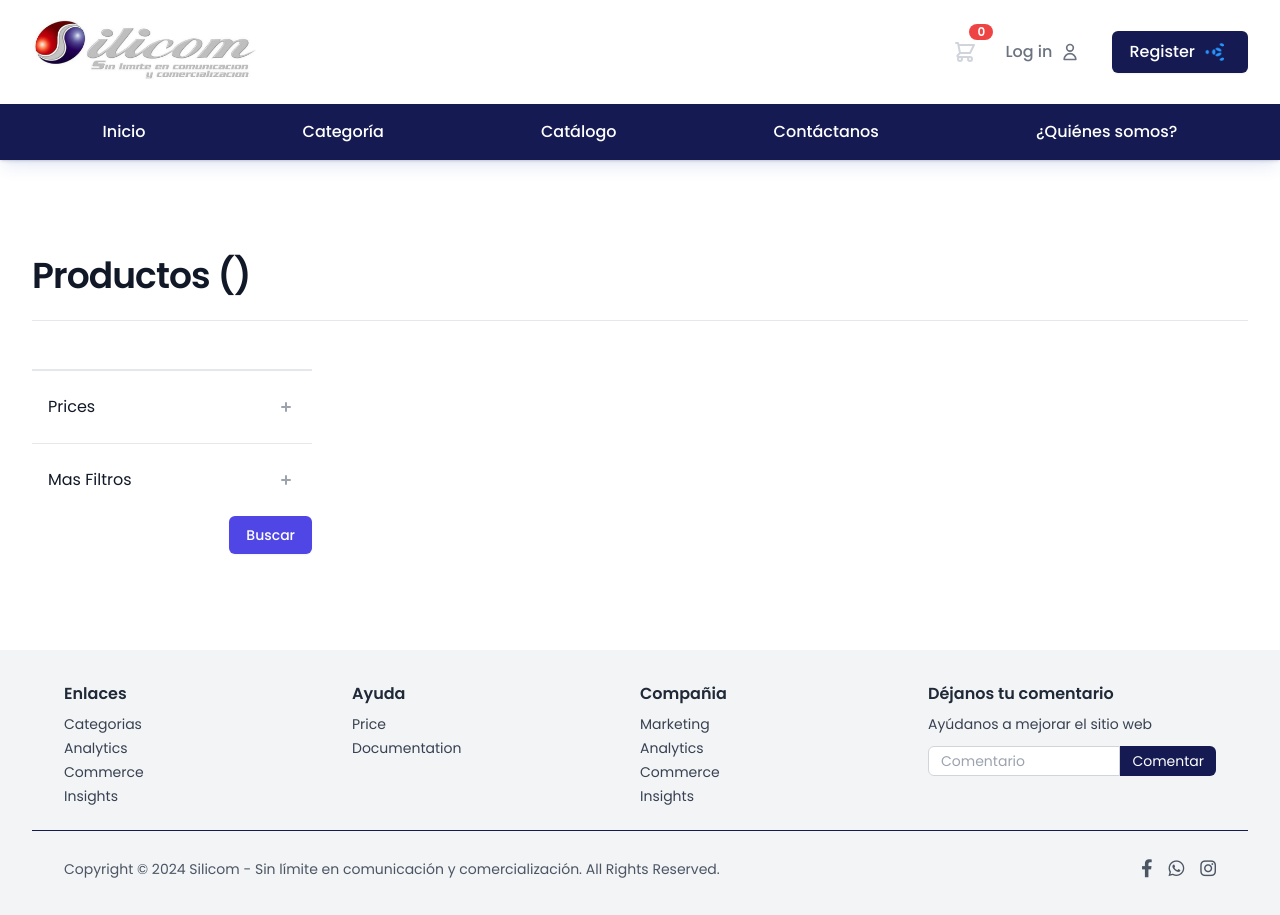
Repository: Francovg18/ecommerce
Page: /search
The author's editor kept a copy of each file at every save. The page is drawn from the files as they stood at one save, then again after the next save.
The browser window is 1280 px wide. The pictures show the whole page.
The page's requests for data from a server got no answer. The project was rebuilt for these pictures with package versions that can differ from the ones it lists, and the page was loaded fresh each time. No one was signed in, and anything a server would have sent is missing. Also part of the build but not shown: src/redux/actions/cart.js, src/redux/actions/profile.js, src/componentes/navegacion/SearchBox.js, src/hocs/Layout.js, src/componentes/home/Banner.js, src/componentes/home/ProductsArrival.js, src/componentes/home/ProductsSold.js, src/contenedores/Home.jsx and 33 more.

Above is the page before, as saved 2025-01-18 00:02:31.

After the next save:
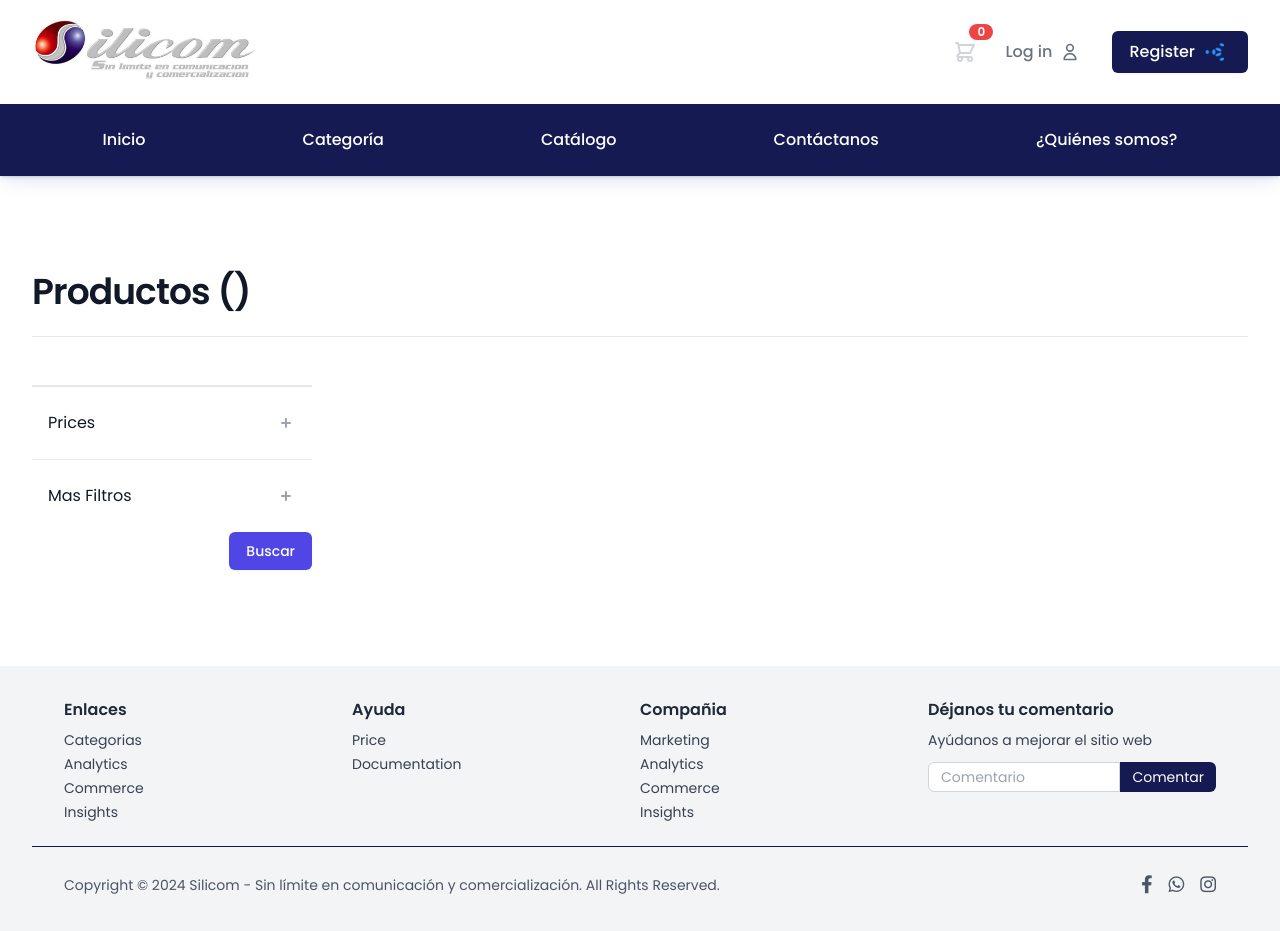
Saved 2 min 36 s later.
--- a/src/componentes/navegacion/Navbar.js
+++ b/src/componentes/navegacion/Navbar.js
@@ -202,76 +202,47 @@ function Navbar({
     </div>
 
       </div>
-      <div className="hidden md:flex bg-[#151b52] text-white py-4 px-6 justify-around items-center shadow-lg shadow-blue-800/10">
-  <NavLink
-    to="/"
-    className={({ isActive }) =>
-      `relative text-base font-medium transition-all duration-300 ease-in-out
-       ${isActive ? "text-blue-400" : "hover:text-blue-400"}`
-    }
-  >
-    <span
-      className="absolute inset-x-0 bottom-0 h-0.5 bg-blue-400
-        scale-x-0 transition-transform duration-300 group-hover:scale-x-100"
-    ></span>
-    Inicio
-  </NavLink>
-
-  <NavLink
-    to="/"
-    className={({ isActive }) =>
-      `relative text-base font-medium transition-all duration-300 ease-in-out
-       ${isActive ? "text-blue-400" : "hover:text-blue-400"}`
-    }
-  >
-    <span
-      className="absolute inset-x-0 bottom-0 h-0.5 bg-blue-400
-        scale-x-0 transition-transform duration-300 group-hover:scale-x-100"
-    ></span>
-    Categoría
-  </NavLink>
-
-  <NavLink
-    to="/shop"
-    className={({ isActive }) =>
-      `relative text-base font-medium transition-all duration-300 ease-in-out
-       ${isActive ? "text-blue-400" : "hover:text-blue-400"}`
-    }
-  >
-    <span
-      className="absolute inset-x-0 bottom-0 h-0.5 bg-blue-400
-        scale-x-0 transition-transform duration-300 group-hover:scale-x-100"
-    ></span>
-    Catálogo
-  </NavLink>
-
-  <NavLink
-    to="/contactus"
-    className={({ isActive }) =>
-      `relative text-base font-medium transition-all duration-300 ease-in-out
-       ${isActive ? "text-blue-400" : "hover:text-blue-400"}`
-    }
-  >
-    <span
-      className="absolute inset-x-0 bottom-0 h-0.5 bg-blue-400
-        scale-x-0 transition-transform duration-300 group-hover:scale-x-100"
-    ></span>
-    Contáctanos
-  </NavLink>
-
-  <NavLink
-    to="/"
-    className={({ isActive }) =>
-      `relative text-base font-medium transition-all duration-300 ease-in-out
-       ${isActive ? "text-blue-400" : "hover:text-blue-400"}`
-    }
-  >
-    <span
-      className="absolute inset-x-0 bottom-0 h-0.5 bg-blue-400
-        scale-x-0 transition-transform duration-300 group-hover:scale-x-100"
-    ></span>
-    ¿Quiénes somos?
-  </NavLink>
+      <div className="hidden md:flex bg-midnight-blue text-white py-4 px-6 justify-around items-center shadow-lg shadow-blue-800/10">
+  {[
+    { to: "/", label: "Inicio" },
+    { to: "/", label: "Categoría" },
+    { to: "/shop", label: "Catálogo" },
+    { to: "/contactus", label: "Contáctanos" },
+    { to: "/", label: "¿Quiénes somos?" },
+  ].map((item, index) => (
+    <NavLink
+      key={index}
+      to={item.to}
+      className={({ isActive }) =>
+        `relative text-base font-medium transition-all duration-300 ease-in-out px-6 py-2
+         rounded-lg group ${isActive ? "bg-purple-night shadow-md shadow-royal-purple/50 text-yellow-300" : "hover:bg-purple-night/70 hover:text-crimson-red"}`
+      }
+    >
+      <span className="absolute inset-y-0 left-0 flex items-center -translate-x-4 opacity-0 transition-all duration-300 group-hover:translate-x-0 group-hover:opacity-100">
+        <svg
+          xmlns="http://www.w3.org/2000/svg"
+          className="w-4 h-4 text-yellow-300"
+          fill="none"
+          viewBox="0 0 24 24"
+          stroke="currentColor"
+        >
+          <path strokeLinecap="round" strokeLinejoin="round" strokeWidth="2" d="M9 5l7 7-7 7" />
+        </svg>
+      </span>
+      <span>{item.label}</span>
+      <span className="absolute inset-y-0 right-0 flex items-center translate-x-4 opacity-0 transition-all duration-300 group-hover:translate-x-0 group-hover:opacity-100">
+        <svg
+          xmlns="http://www.w3.org/2000/svg"
+          className="w-4 h-4 text-yellow-300"
+          fill="none"
+          viewBox="0 0 24 24"
+          stroke="currentColor"
+        >
+          <path strokeLinecap="round" strokeLinejoin="round" strokeWidth="2" d="M9 5l7 7-7 7" />
+        </svg>
+      </span>
+    </NavLink>
+  ))}
 </div>
 
       </div>
